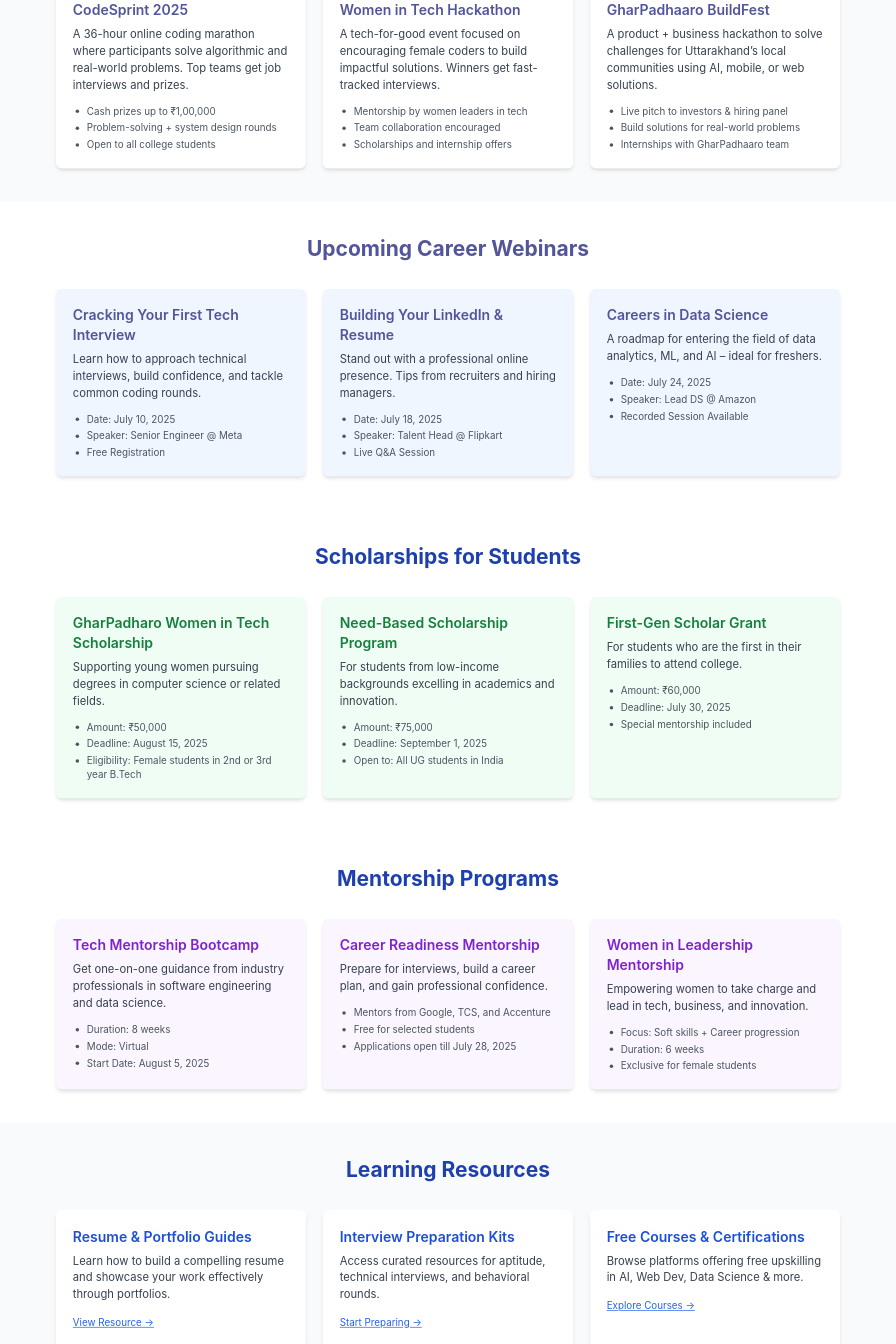
Repository: Siddharthkothiyal/GharPadhaaroCareerWebsite
Page: /#/students
These files come from the project's save history. The page is drawn as it stood at one moment and after the next save; the edit follows.
The browser window is 1280 px wide. The pictures show the part of the page from y = 3082 to 5002 px (the page is 5581 px tall), at 70% of full size.
The project was rebuilt for these pictures with package versions that can differ from the ones it lists, and the page was loaded fresh each time. Also part of the build but not shown: src/components/CareerPortal/JobListing/JobListings.css, src/components/CareerPortal/JobListing/JobListings.js, src/components/CareerPortal/Header.css, src/components/CareerPortal/ResumeUpload.css, src/components/CareerPortal/ResumeUpload.js, src/components/CareerPortal/Header.js, src/components/CareerPortal/JobListing/JobSearch.css, src/components/CareerPortal/JobListing/JobSearch.js and 10 more.

Above is the page before, as saved 2025-06-21 22:12:25.

### public/index.html
<!DOCTYPE html>
<html lang="en">

<head>
  <meta charset="utf-8" />
  <link rel="icon" href="%PUBLIC_URL%/favicon.ico" />
  <meta name="viewport" content="width=device-width, initial-scale=1" />
  <meta name="theme-color" content="#000000" />
  <meta name="description" content="GharPadharo - Find your perfect stay" />

  <!-- Font Awesome CDN (latest) -->
  <link rel="stylesheet" href="https://cdnjs.cloudflare.com/ajax/libs/font-awesome/6.5.2/css/all.min.css"
    integrity="sha512-SnH5WK+bZxgPHs44uWIX+LLJAJ9/2PkPKZ5QiAj6Ta86w+fsb2TkcmfRyVX3pBnMFcV7oQPJkl9QevSCWr3W6A=="
    crossorigin="anonymous" referrerpolicy="no-referrer" />

  <link rel="apple-touch-icon" href="%PUBLIC_URL%/logo192.png" />
  <title>GharPadharo</title>
</head>

<body>
  <noscript>You need to enable JavaScript to run this app.</noscript>
  <div id="root"></div>
  <!--
      This HTML file is a template.
      If you open it directly in the browser, you will see an empty page.

      You can add webfonts, meta tags, or analytics to this file.
      The build step will place the bundled scripts into the <body> tag.

      To begin the development, run `npm start` or `yarn start`.
      To create a production bundle, use `npm run build` or `yarn build`.
    -->
</body>

</html>

### src/index.css
@tailwind base;
@tailwind components;
@tailwind utilities;

/* You can keep your custom CSS below if needed */

body {
  margin: 0;
  font-family: -apple-system, BlinkMacSystemFont, 'Segoe UI', 'Roboto', 'Oxygen',
    'Ubuntu', 'Cantarell', 'Fira Sans', 'Droid Sans', 'Helvetica Neue',
    sans-serif;
  -webkit-font-smoothing: antialiased;
  -moz-osx-font-smoothing: grayscale;
}

code {
  font-family: source-code-pro, Menlo, Monaco, Consolas, 'Courier New',
    monospace;
}

### src/App.js
import React from 'react';
// import { HashRouter as Router } from 'react-router-dom';

// import { BrowserRouter as Router, Routes, Route } from 'react-router-dom';
import { HashRouter as Router, Routes, Route } from 'react-router-dom';
import JobListings from './components/CareerPortal/JobListing/JobListings';

import './App.css';
import CareerPortal from './components/CareerPortal';
import Login from './components/Auth/Login';
import Signup from './components/Auth/Signup';
import LandingPage from './components/LandingPage/LandingPage';



import StudentsPage from './components/CareerPortal/StudentsPage/StudentsPage';

// import JobCategory from './components/CareerPortal/JobListing/JobCategory';
// import JobLocation from './components/CareerPortal/JobListing/JobLocation';



function App() {
  return (
    <Router>
      <div className="App">


        <Routes>
          <Route path="/" element={<LandingPage />} />
          <Route path="/careers" element={<CareerPortal />} />
          <Route path="/login" element={<Login />} />
          <Route path="/signup" element={<Signup />} />

          {/* <Route path="/jobs/:category" element={<JobCategory />} />
          <Route path="/jobs/location/:location" element={<JobLocation />} /> */}
          <Route path="/students" element={<StudentsPage />} />
          <Route path="/job-listings" element={<JobListings />} />




        </Routes>
      </div>
    </Router>
  );
}

export default App;

### src/components/CareerPortal/StudentsPage/StudentsPage.js
import React from "react";

import Internships from "./sections/Internships";
import FreshersJob from "./sections/FreshersJob";
import EarlyCareers from "./sections/EarlyCareers";
import Hackathon from "./sections/Hackathons";
import Webinars from "./sections/Webinars";
import Scholarships from "./sections/Scholarships";
import Mentorship from "./sections/Mentorship";
import Resources from "./sections/Resources";
import FAQs from "./sections/FAQs";

const StudentsPage = () => {
  return (
  <div className="bg-white">
    {/* Page Header */}
    <section className="bg-[#525599] text-white py-10">
      <div className="max-w-6xl mx-auto text-center px-4">
        <h1 className="text-4xl font-bold">Opportunities for Students</h1>
        <p className="mt-2 text-lg">
          Discover internships, job roles, and resources tailored for students.
        </p>
      </div>
    </section>

    <div id="internships">
      <Internships />
    </div>

    <div id="FreshersJob">
      <FreshersJob />
    </div>

    <div id="EarlyCareers">
      <EarlyCareers />
    </div>

    <div id="Hackathons">
      <Hackathon />
    </div>

    <div id="Webinars">
      <Webinars />
    </div>

    <div id="Scholarships">
      <Scholarships />
    </div>

    <div id="Mentorship">
      <Mentorship />
    </div>

    <div id="Resources">
      <Resources />
    </div>

    <div id="faqs">
      <FAQs />
    </div>
  </div>
);

};

export default StudentsPage;

### src/components/CareerPortal/CareerPortal.css
/* GharPadharo Career Portal Styles */
:root {
  --gharpadhaaro-blue: #0866ff;
  --gharpadhaaro-blue-dark: #0756d6;
  --gharpadhaaro-gray: #f0f2f5;
  --gharpadhaaro-text: #1c1e21;
  --gharpadhaaro-text-secondary: #65676b;
  --gharpadhaaro-white: #ffffff;
  --gharpadhaaro-border: #dadde1;
  --gharpadhaaro-success: #42b72a;
  --gharpadhaaro-error: #fa383e;
  --gharpadhaaro-shadow: rgba(0, 0, 0, 0.1);
  --gharpadhaaro-radius: 8px;
  --gharpadhaaro-transition: all 0.2s ease;
}

/* Global Styles */
.career-portal {
  font-family: 'Optimistic Display', -apple-system, BlinkMacSystemFont, 'Segoe UI', Roboto, Oxygen, Ubuntu, Cantarell, 'Open Sans', 'Helvetica Neue', sans-serif;
  color: var(--gharpadhaaro-text);
  line-height: 1.5;
  background-color: var(--gharpadhaaro-white);
}

.container {
  max-width: 1200px;
  margin: 0 auto;
  padding: 0 24px;
}

/* Hero Section */
.hero-section {
  background: linear-gradient(135deg, #0866ff 0%, #535699 100%);
  color: var(--meta-white);
  padding: 100px 0;
  text-align: center;
}

.hero-content {
  max-width: 800px;
  margin: 0 auto;
  padding: 0 24px;
}

.hero-content h1 {
  font-size: 48px;
  font-weight: 700;
  margin-bottom: 24px;
  line-height: 1.2;
}

.hero-content p {
  color: black;
  font-size: 20px;
  margin-bottom: 40px;
  margin-left: 70px;

}

/* Job Search Section */
.job-search-section {
  padding: 60px 0;
  background-color: var(--meta-white);
}

.filters-and-results {
  display: grid;
  grid-template-columns: 300px 1fr;
  gap: 30px;
}

/* Featured Teams Section */
.featured-teams-section {
  padding: 80px 0;
  background-color: var(--meta-gray);
}

.featured-teams-section h2 {
  font-size: 36px;
  font-weight: 700;
  margin-bottom: 16px;
  text-align: center;
}

.featured-teams-section p {
  font-size: 18px;
  color: var(--meta-text-secondary);
  max-width: 700px;
  margin: 0 auto 40px;
  text-align: center;
}

/* Buttons */
.btn {
  display: inline-flex;
  align-items: center;
  justify-content: center;
  padding: 12px 24px;
  border-radius: 0px;
  font-weight: 600;
  font-size: 16px;
  cursor: pointer;
  transition: var(--meta-transition);
  border: none;
}

.btn-primary {
  background-color: var(--meta-blue);
  color: var(--meta-white);
}

.btn-primary:hover {
  background-color: var(--meta-blue-dark);
}

.btn-secondary {
  background-color: var(--meta-gray);
  color: var(--meta-text);
  margin-left: 50px;
}

.btn-secondary:hover {
  background-color: #e4e6eb;
}

/* Form Elements */
.input-group {
  position: relative;
  margin-bottom: 16px;
}

.input-field {
  width: 100%;
  padding: 14px 16px;
  border-radius: var(--meta-radius);
  border: 1px solid var(--meta-border);
  font-size: 16px;
  transition: var(--meta-transition);
}

.input-field:focus {
  border-color: var(--meta-blue);
  outline: none;
  box-shadow: 0 0 0 2px rgba(8, 102, 255, 0.2);
}

/* Responsive */
@media (max-width: 992px) {
  .filters-and-results {
    grid-template-columns: 1fr;
  }

  .hero-content h1 {
    font-size: 36px;
  }

  .hero-content p {
    font-size: 18px;
  }
}

@media (max-width: 576px) {
  .hero-content h1 {
    font-size: 28px;
  }

  .hero-content p {
    font-size: 16px;
  }

  .featured-teams-section h2 {
    font-size: 28px;
  }
}

### src/components/Auth/Auth.css
/* Auth.css - Styles for Login and Signup components */

:root {
  --primary-color: #535699; /* GharPadharo blue */
  --secondary-color: #42B72A; /* GharPadharo green */
  --text-color: #1C1E21;
  --light-text: #606770;
  --error-color: #FA383E;
  --border-color: #DADDE1;
  --background-color: #F0F2F5;
  --card-background: #FFFFFF;
  --hover-color: #E7F3FF;
  --focus-shadow: 0 0 0 2px rgba(83, 86, 153, 0.2);
}

/* Auth Container */
.auth-container {
  display: flex;
  justify-content: center;
  align-items: center;
  min-height: 100vh;
  background-color: var(--background-color);
  padding: 20px;
}

/* Auth Card */
.auth-card {
  background-color: var(--card-background);
  border-radius: 8px;
  box-shadow: 0 2px 4px rgba(0, 0, 0, 0.1), 0 8px 16px rgba(0, 0, 0, 0.1);
  width: 100%;
  max-width: 400px;
  padding: 20px;
}

/* Auth Header */
.auth-header {
  text-align: center;
  margin-bottom: 20px;
}

.auth-logo {
  width: 40px;
  height: 40px;
  margin-bottom: 10px;
}

.auth-header h2 {
  font-size: 24px;
  font-weight: 600;
  color: var(--text-color);
  margin: 0;
}

.gharpadharo-logo{
  width: 60px;
  height: 60px;
}

/* Auth Form */
.auth-form {
  display: flex;
  flex-direction: column;
  gap: 16px;
}

.form-group {
  display: flex;
  flex-direction: column;
}

.form-group label {
  font-size: 14px;
  font-weight: 500;
  margin-bottom: 6px;
  color: var(--text-color);
}

.form-group input {
  padding: 12px 14px;
  border: 1px solid var(--border-color);
  border-radius: 6px;
  font-size: 16px;
  transition: border-color 0.2s, box-shadow 0.2s;
}

.form-group input:focus {
  outline: none;
  border-color: #535699;
  box-shadow: var(--focus-shadow);
}

.form-group input.error {
  border-color: var(--error-color);
}

.error-message {
  color: var(--error-color);
  font-size: 12px;
  margin-top: 4px;
}

/* Terms and Privacy */
.terms-privacy {
  font-size: 12px;
  color: 535699;
  margin-bottom: 10px;
  text-align: center;
}

.terms-privacy a {
  color: 535699;
  text-decoration: none;
}

.terms-privacy a:hover {
  text-decoration: underline;
}

/* Auth Button */
.auth-button {
  background-color: #535699;
  color: white;
  border: none;
  border-radius: 6px;
  padding: 12px;
  font-size: 16px;
  font-weight: 600;
  cursor: pointer;
  transition: background-color 0.2s;
  margin-top: 10px;
}

.auth-button:hover {
  background-color: #535699;
}

/* Auth Footer */
.auth-footer {
  margin-top: 20px;
  text-align: center;
}

.forgot-password {
  color: #535699;
  text-decoration: none;
  font-size: 14px;
  display: block;
  margin-bottom: 16px;
}

.forgot-password:hover {
  text-decoration: underline;
}

.auth-redirect {
  font-size: 14px;
  color: var(--light-text);
  margin: 0;
}

.auth-redirect a {
  color: #535699;
  text-decoration: none;
  font-weight: 500;
}

.auth-redirect a:hover {
  text-decoration: underline;
}

/* Responsive adjustments */
@media (max-width: 480px) {
  .auth-card {
    padding: 16px;
  }

  .auth-header h2 {
    font-size: 20px;
  }

  .form-group input {
    padding: 10px 12px;
    font-size: 14px;
  }

  .auth-button {
    padding: 10px;
    font-size: 14px;
  }
}

### src/components/LandingPage/LandingPage.css
/* LandingPage.css - Styles for the landing page */

:root {
  --primary-color: #535699; /* GharPadharo blue */
  --secondary-color: #42B72A; /* GharPadharo green */
  --text-color: #1C1E21;
  --light-text: #606770;
  --border-color: #DADDE1;
  --background-color: #F0F2F5;
  --card-background: #FFFFFF;
  --hover-color: #c8e4ff;
  --focus-shadow: 0 0 0 2px rgba(24, 119, 242, 0.2);
  --border-color: #blue;
  --background-color: #535699;
  --card-background: white;
  --hover-color: #E7F3FF;
  --focus-shadow: 0 0 0 2px rgba(83, 86, 153, 0.2);
}
/* General Styles */
.landing-page {
  font-family: 'Segoe UI', 'Helvetica Neue', sans-serif;
  color: var(--text-color);
  line-height: 1.5;
}

.container {
  max-width: 1200px;
  margin: 0 auto;
  padding: 0 20px;
}

section {
  padding: 60px 0;
}

h1, h2, h3, h4 {
  margin-top: 0;
  font-weight: 600;
}

h1 {
  font-size: 3rem;
  line-height: 1.2;
  margin-bottom: 20px;
}

h2 {
  font-size: 2.25rem;
  margin-bottom: 30px;
  text-align: center;
}

h3 {
  font-size: 1.5rem;
  margin-bottom: 15px;
}

p {
  margin-bottom: 20px;
}

.btn {
  display: inline-block;
  padding: 12px 24px;
  border-radius: 6px;
  font-weight: 600;
  text-decoration: none;
  text-align: center;
  cursor: pointer;
  transition: all 0.2s ease;
  margin-right: 12px;
  margin-bottom: 12px;
}

.btn-primary {
  background-color:  #0CAFFF;
  color: white;
  border: none;
}

.btn-primary:hover {
  background-color: whitesmoke;
  color: black;
}

.btn-secondary {
  background-color: var(--secondary-color);
  color: white;
  border: none;
}

.btn-secondary:hover {
  background-color: whitesmoke;
  color: black;
}

.btn-outline {
  background-color: white;
  color: black;
  border: white;
}

.btn-outline:hover {
  background-color: #0CAFFF;
  color: black;
}

/* Hero Section */
.hero {
  background-color: var(--background-color);
  padding: 80px 0;
}

.hero .container {
  display: flex;
  align-items: center;
  justify-content: space-between;
  gap: 40px;
}

.hero-content {
  flex: 1;
}

.hero-content p {
  font-size: 1.25rem;
  color: 535699;
  margin-bottom: 30px;
  max-width: 900px;
  margin-left: 8.5px;
}

.hero-buttons {
  display: flex;
  flex-wrap: wrap;
}

.hero-image {
  flex: 1;
  display: flex;
  justify-content: center;
  align-items: center;
}

.image-placeholder {
  background-color: 535699;
  border-radius: 12px;
  padding: 20px;
  display: flex;
  justify-content: center;
  align-items: center;
}


/* Features Section */
.features {
  background-color: white;
}

.features-grid {
  display: grid;
  grid-template-columns: repeat(auto-fit, minmax(250px, 1fr));
  gap: 30px;
  margin-top: 40px;
}

.feature-card {
  background-color: var(--card-background);
  border-radius: 12px;
  padding: 30px;
  box-shadow: 0 2px 4px rgba(0, 0, 0, 0.05);
  transition: transform 0.3s ease, box-shadow 0.3s ease;
}

.feature-card:hover {
  transform: scale(1.05);
  box-shadow: 0 10px 20px rgba(0, 0, 0, 0.1);
}

.feature-icon {
  margin-bottom: 20px;
}

.feature-card h3 {
  color: var(--text-color);
}

.feature-card p {
  color: var(--light-text);
  margin-bottom: 0;
}

/* Teams Section */
.teams-section {
  background-color: var(--background-color);
}

.section-description {
  text-align: center;
  max-width: 700px;
  margin: 0 auto 40px;
  color:white;
  font-size: 1.1rem;
}

.teams-carousel {
  display: grid;
  grid-template-columns: repeat(auto-fit, minmax(250px, 1fr));
  gap: 20px;
  margin-top: 30px;
}

.team-item {
  background-color: white;
  border-radius: 8px;
  padding: 25px;
  box-shadow: 0 2px 4px rgba(0, 0, 0, 0.05);
  transition: transform 0.3s ease;
}

.team-item:hover {
  transform: translateY(-5px);
}

.team-item h3 {
  color: var(--primary-color);
  margin-bottom: 10px;
}

.team-item p {
  color: var(--light-text);
  margin-bottom: 15px;
}

.team-link {
  color: var(--primary-color);
  text-decoration: none;
  font-weight: 600;
  display: inline-flex;
  align-items: center;
}

.team-link span {
  margin-left: 5px;
  transition: transform 0.2s ease;
}

.team-link:hover span {
  transform: translateX(3px);
}

/* Testimonials Section */
.testimonials {
  background-color: white;
}

.testimonial-card {
  max-width: 800px;
  margin: 0 auto;
  background-color: var(--card-background);
  border-radius: 12px;
  padding: 40px;
  box-shadow: 0 4px 12px rgba(0, 0, 0, 0.08);
  position: relative;
}

.quote-mark {
  font-size: 60px;
  color: var(--primary-color);
  opacity: 0.2;
  position: absolute;
  top: 20px;
  left: 20px;
  line-height: 1;
}

.testimonial-text {
  font-size: 1.25rem;
  line-height: 1.6;
  margin-bottom: 30px;
  position: relative;
  z-index: 1;
}

.testimonial-author {
  display: flex;
  align-items: center;
}

.author-avatar {
  width: 50px;
  height: 50px;
  border-radius: 50%;
  background-color: var(--primary-color);
  margin-right: 15px;
}

.author-info h4 {
  margin: 0;
  font-size: 1.1rem;
}

.author-info p {
  margin: 5px 0 0;
  color: var(--light-text);
  font-size: 0.9rem;
}

/* CTA Section */
.cta-section {
  background-color: var(--primary-color);
  color: white;
  text-align: center;
  padding: 80px 0;
}

.cta-section h2 {
  color: white;
  margin-bottom: 15px;
}

.cta-section p {
  color: rgba(255, 255, 255, 0.9);
  font-size: 1.2rem;
  margin-bottom: 30px;
  max-width: 700px;
  margin-left: auto;
  margin-right: auto;
}

.cta-buttons {
  display: flex;
  justify-content: center;
  flex-wrap: wrap;
  gap: 15px;
}

.cta-section .btn-primary {
  background-color: #42B72A;
  color:black;
}

.cta-section .btn-primary:hover {
  background-color: #f5f5f5;
}

.cta-section .btn-secondary {
  background-color: transparent;
  color: white;
  border: 1px solid white;
}

.cta-section .btn-secondary:hover {
  background-color: rgba(255, 255, 255, 0.1);
}

/* Responsive Styles */
@media (max-width: 992px) {
  h1 {
    font-size: 2.5rem;
  }

  h2 {
    font-size: 2rem;
  }

  .hero .container {
    flex-direction: column;
  }

  .hero-content, .hero-image {
    flex: none;
    width: 100%;
    text-align: center;
  }

  .hero-content p {
    margin-left: auto;
    margin-right: auto;
  }

  .hero-buttons {
    justify-content: center;
  }
}

@media (max-width: 768px) {
  section {
    padding: 40px 0;
  }

  h1 {
    font-size: 2rem;
  }

  h2 {
    font-size: 1.75rem;
  }

  .features-grid, .teams-carousel {
    grid-template-columns: 1fr;
  }

  .testimonial-card {
    padding: 30px 20px;
  }

  .testimonial-text {
    font-size: 1.1rem;
  }
}

### src/components/CareerPortal/StudentsPage/sections/Scholarships.js
import React from "react";

const Scholarships = () => {
  return (
    <section className="py-12 bg-white">
      <div className="max-w-6xl mx-auto px-4">
        <h2 className="text-3xl font-bold text-center text-blue-800 mb-10">
          Scholarships for Students
        </h2>

        <div className="grid md:grid-cols-3 gap-6">
          {/* Scholarship 1 */}
          <div className="bg-green-50 rounded-lg shadow-md p-6 hover:shadow-lg transition">
            <h3 className="text-xl font-semibold text-green-700 mb-2">
              GharPadharo Women in Tech Scholarship
            </h3>
            <p className="text-gray-700 mb-4">
              Supporting young women pursuing degrees in computer science or related fields.
            </p>
            <ul className="text-sm text-gray-600 list-disc pl-5 space-y-1">
              <li>Amount: ₹50,000</li>
              <li>Deadline: August 15, 2025</li>
              <li>Eligibility: Female students in 2nd or 3rd year B.Tech</li>
            </ul>
          </div>

          {/* Scholarship 2 */}
          <div className="bg-green-50 rounded-lg shadow-md p-6 hover:shadow-lg transition">
            <h3 className="text-xl font-semibold text-green-700 mb-2">
              Need-Based Scholarship Program
            </h3>
            <p className="text-gray-700 mb-4">
              For students from low-income backgrounds excelling in academics and innovation.
            </p>
            <ul className="text-sm text-gray-600 list-disc pl-5 space-y-1">
              <li>Amount: ₹75,000</li>
              <li>Deadline: September 1, 2025</li>
              <li>Open to: All UG students in India</li>
            </ul>
          </div>

          {/* Scholarship 3 */}
          <div className="bg-green-50 rounded-lg shadow-md p-6 hover:shadow-lg transition">
            <h3 className="text-xl font-semibold text-green-700 mb-2">
              First-Gen Scholar Grant
            </h3>
            <p className="text-gray-700 mb-4">
              For students who are the first in their families to attend college.
            </p>
            <ul className="text-sm text-gray-600 list-disc pl-5 space-y-1">
              <li>Amount: ₹60,000</li>
              <li>Deadline: July 30, 2025</li>
              <li>Special mentorship included</li>
            </ul>
          </div>
        </div>
      </div>
    </section>
  );
};

export default Scholarships;

Loaded but not shown: src/index.js (common file); src/reportWebVitals.js (common file); src/App.css (common file); tailwind.config.js (common file); src/components/CareerPortal/StudentsPage/sections/Internships.js (102 lines, source omitted); src/components/CareerPortal/StudentsPage/sections/FreshersJob.js (102 lines, source omitted); src/components/CareerPortal/StudentsPage/sections/FAQs.js (76 lines, source omitted); src/components/CareerPortal/StudentsPage/sections/Hackathons.js (62 lines, source omitted); src/components/CareerPortal/StudentsPage/sections/EarlyCareers.js (74 lines, source omitted); src/components/CareerPortal/StudentsPage/sections/Mentorship.js (62 lines, source omitted); src/components/CareerPortal/StudentsPage/sections/Resources.js (71 lines, source omitted); src/components/CareerPortal/StudentsPage/sections/Webinars.js (62 lines, source omitted)

After the next save:
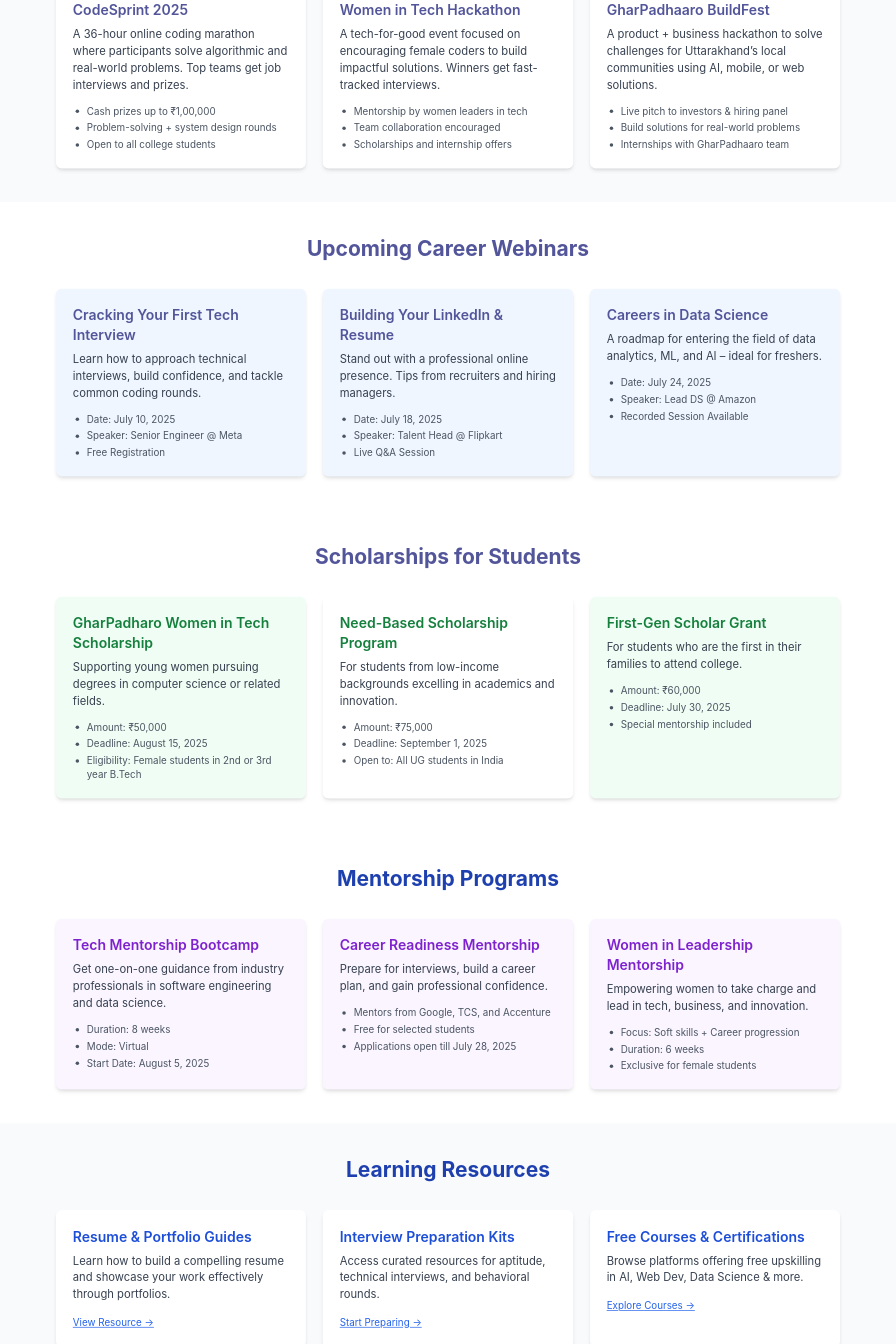
Saved 64 s later.
--- a/src/components/CareerPortal/StudentsPage/sections/Scholarships.js
+++ b/src/components/CareerPortal/StudentsPage/sections/Scholarships.js
@@ -4,7 +4,7 @@ const Scholarships = () => {
   return (
     <section className="py-12 bg-white">
       <div className="max-w-6xl mx-auto px-4">
-        <h2 className="text-3xl font-bold text-center text-blue-800 mb-10">
+        <h2 className="text-3xl font-bold text-center text-[#525599] mb-10">
           Scholarships for Students
         </h2>
 
@@ -25,7 +25,7 @@ const Scholarships = () => {
           </div>
 
           {/* Scholarship 2 */}
-          <div className="bg-green-50 rounded-lg shadow-md p-6 hover:shadow-lg transition">
+          <div className="text-[#525599] rounded-lg shadow-md p-6 hover:shadow-lg transition">
             <h3 className="text-xl font-semibold text-green-700 mb-2">
               Need-Based Scholarship Program
             </h3>
